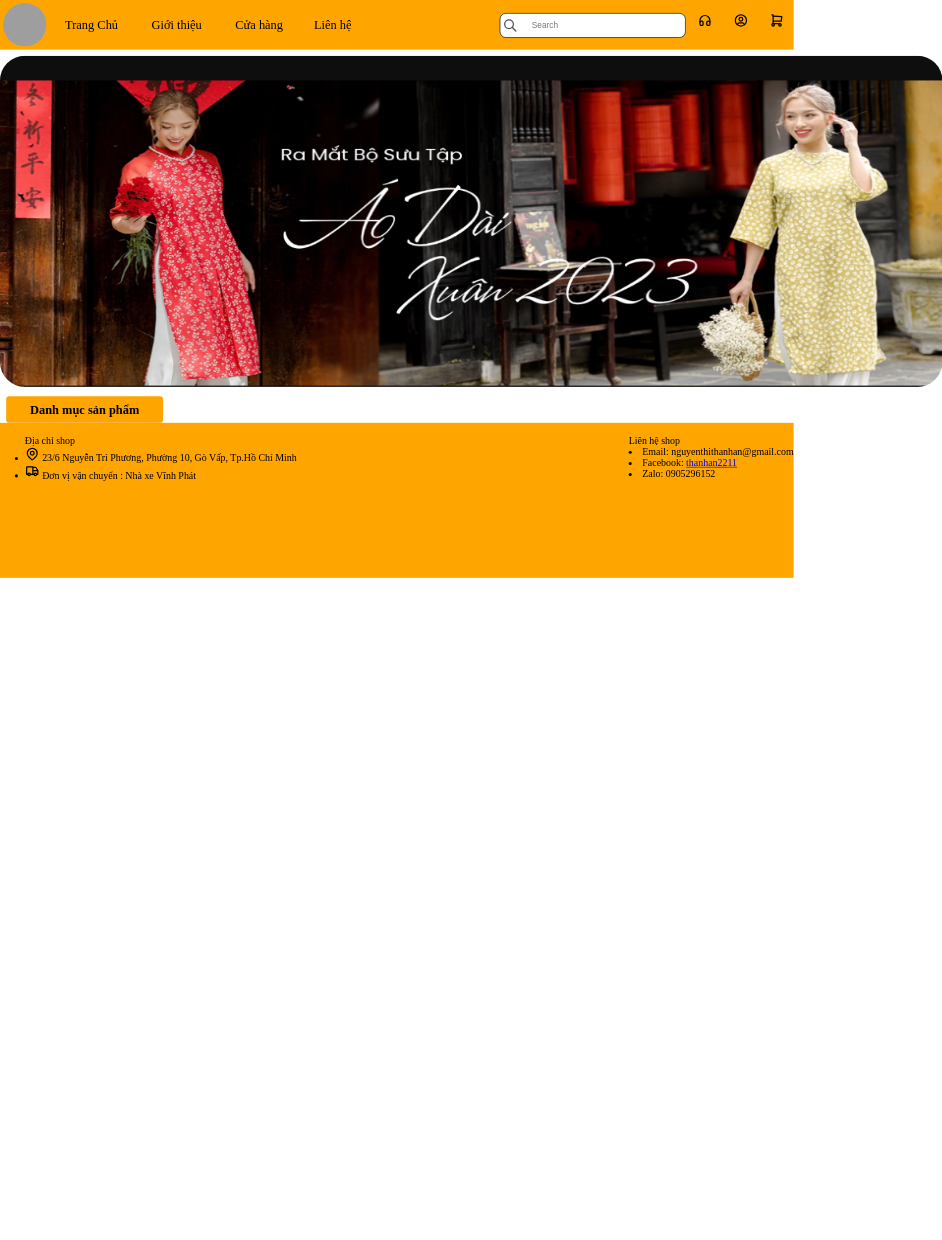
Repository: manhhieu120499/test-page
Page: index.html
An editor plug-in stored every save of this project. The page is shown before and after a run of saves, followed by the edit.
The browser window is 1280 px wide. The page is 1520 px wide, so the pictures cover 1520 px, including what lies to the right of the window. The pictures show the whole page, at 62% of full size.
Pictures or frames that could not be fetched are drawn as grey boxes.

Above is the page before, as saved 2023-01-12 00:26:45.

After the next 2 saves:
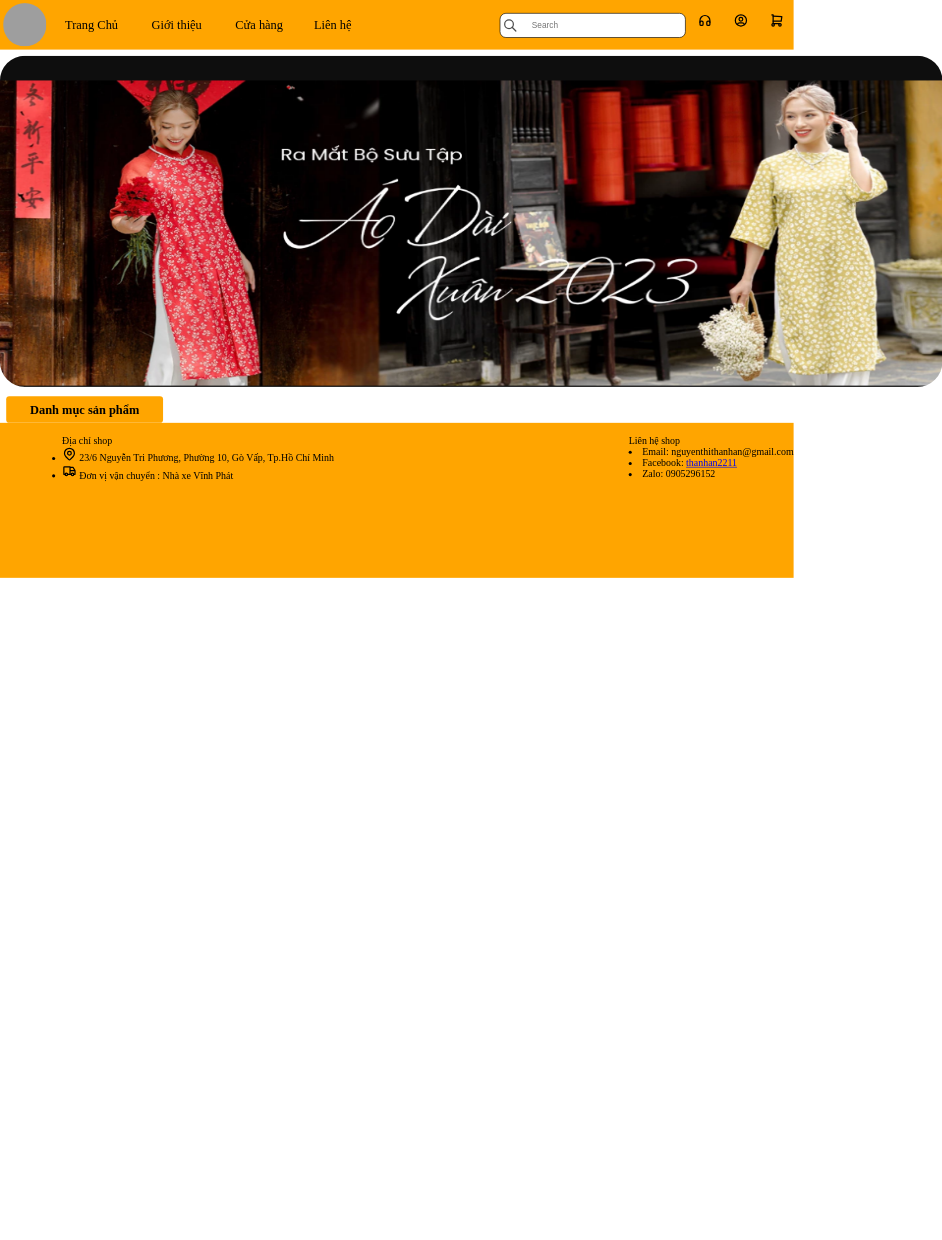
The 2 saves are shown as one change because they came seconds apart.
The last was saved 12 s later.
--- a/style.css
+++ b/style.css
@@ -96,5 +96,5 @@ body {
 }
 
 .address {
-    margin-left: 40px;
+    margin-left: 100px;
 }
